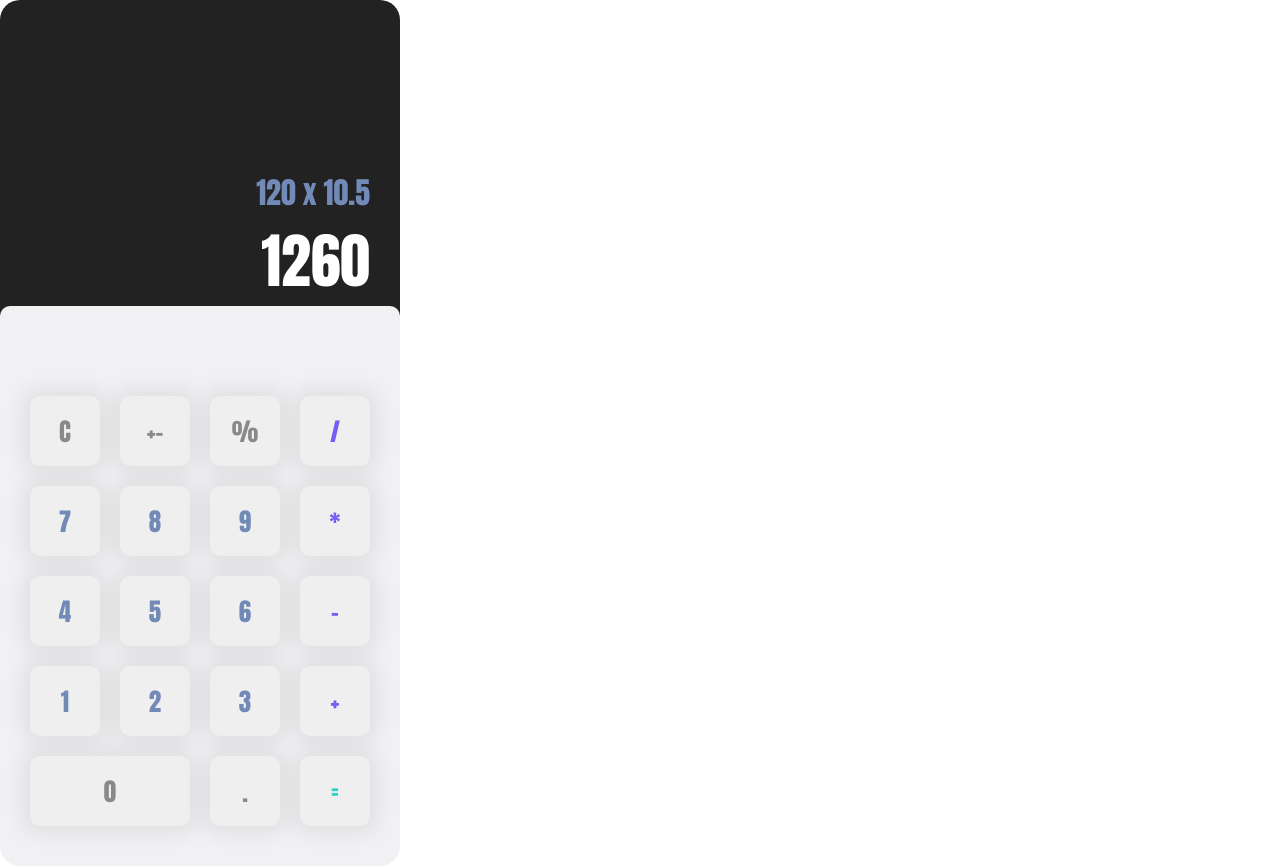
Repository: BrunoBross/calculator
Page: index.html
The author's editor kept a copy of each file at every save. The page is drawn from the files as they stood at one save, then again after the next save.
The browser window is 1280 px wide. The pictures show the whole page.

Above is the page before, as saved 2021-11-30 23:22:46.

### index.html
<!DOCTYPE html>
<html lang="en">
<head>
  <meta charset="UTF-8">
  <meta http-equiv="X-UA-Compatible" content="IE=edge">
  <meta name="viewport" content="width=device-width, initial-scale=1.0">
  <title>Calculator</title>
  <link rel="stylesheet" href="./style.css">
  <link rel="preconnect" href="https://fonts.googleapis.com">
  <link rel="preconnect" href="https://fonts.gstatic.com" crossorigin>
  <link href="https://fonts.googleapis.com/css2?family=Inter:wght@400;500;700&display=swap" rel="stylesheet">
</head>
<body>
  <main>
    <div class="calculator">
      <div class="view">
        <span id="history">120 x 10.5</span>
        <span id="result">1260</span>
      </div>
      <div class="buttons">
        <button class="extra" id="reset">C</button>
        <button class="extra" id="moreless">+-</button>
        <button class="extra" id="percent">%</button>
        <button class="operator" id="division">/</button>
        <button class="number" id="seven">7</button>
        <button class="number" id="eight">8</button>
        <button class="number" id="nine">9</button>
        <button class="operator" id="multiply">*</button>
        <button class="number" id="four">4</button>
        <button class="number" id="five">5</button>
        <button class="number" id="six">6</button>
        <button class="operator" id="less">-</button>
        <button class="number" id="one">1</button>
        <button class="number" id="two">2</button>
        <button class="number" id="three">3</button>
        <button class="operator" id="plus">+</button>
        <button class="extra" id="zero">0</button>
        <button class="extra" id="dot">.</button>
        <button class="equals" id="equals">=</button>
      </div>
    </div>

    <div class="small-square"></div>
    <div class="square"></div>
    <div class="small-circle"></div>
    <div class="circle"></div>
  </main>
</body>
<script src="./script.js"></script>
</html>

### style.css
*{
  padding: 0;
  margin: 0;
  font-family: Impact, Haettenschweiler, 'Arial Narrow Bold', sans-serif;
}

.calculator{
  background-color: #232222;
  display: flex;
  flex-direction: column;
  width: 400px;
  height: 850px;
  border-radius: 20px;
}

.view{
  display: flex;
  flex-direction: column;
  align-items: flex-end;
  height: 200px;
  margin-top: 170px;
  margin-right: 30px;
}

.view > span{
  color: #FFF;
  font-size: 60px;
  font-weight: bold;
}

#history{
  font-size: 30px;
  color: #728AB7;
}

.buttons{
  padding-top: 90px;
  padding-bottom: 40px;
  background-color: #F1F1F4;
  display: flex;
  justify-content: center;
  flex-wrap: wrap;
  gap: 20px;
  border-radius: 10px 10px 20px 20px;
}

.buttons > button{
  box-shadow: 0 0 20px 8px #00000011;
  border: none;
  height: 70px;
  width: 70px;
  border-radius: 10px;
  cursor: pointer;
  transition: 0.3s;
  font-size: 25px;
  font-weight: bold;
}

.buttons > button:hover{
  filter: brightness(0.7);
}

#zero{
  width: 160px;
}

.number{
  color: #728AB7;
}

.operator{
  color: #745FF2;
}

.equals{
  color: #2DD3C5;
}

.extra{
  color: #898989;
}

Loaded but not shown: script.js (no copy from this time; the picture is the same without it)

After the next save:
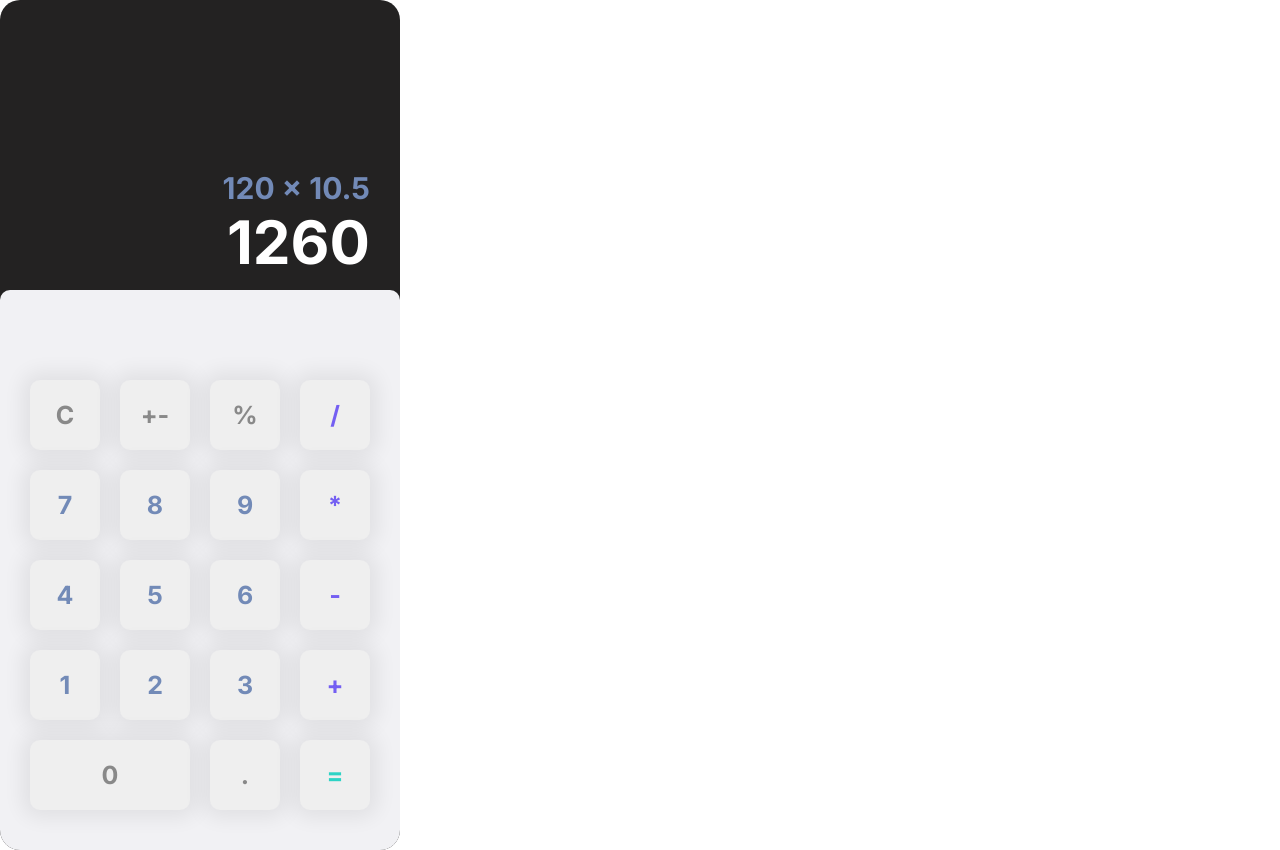
Saved 12 s later.
--- a/style.css
+++ b/style.css
@@ -1,7 +1,7 @@
 *{
   padding: 0;
   margin: 0;
-  font-family: Impact, Haettenschweiler, 'Arial Narrow Bold', sans-serif;
+  font-family: 'Inter', sans-serif;
 }
 
 .calculator{
